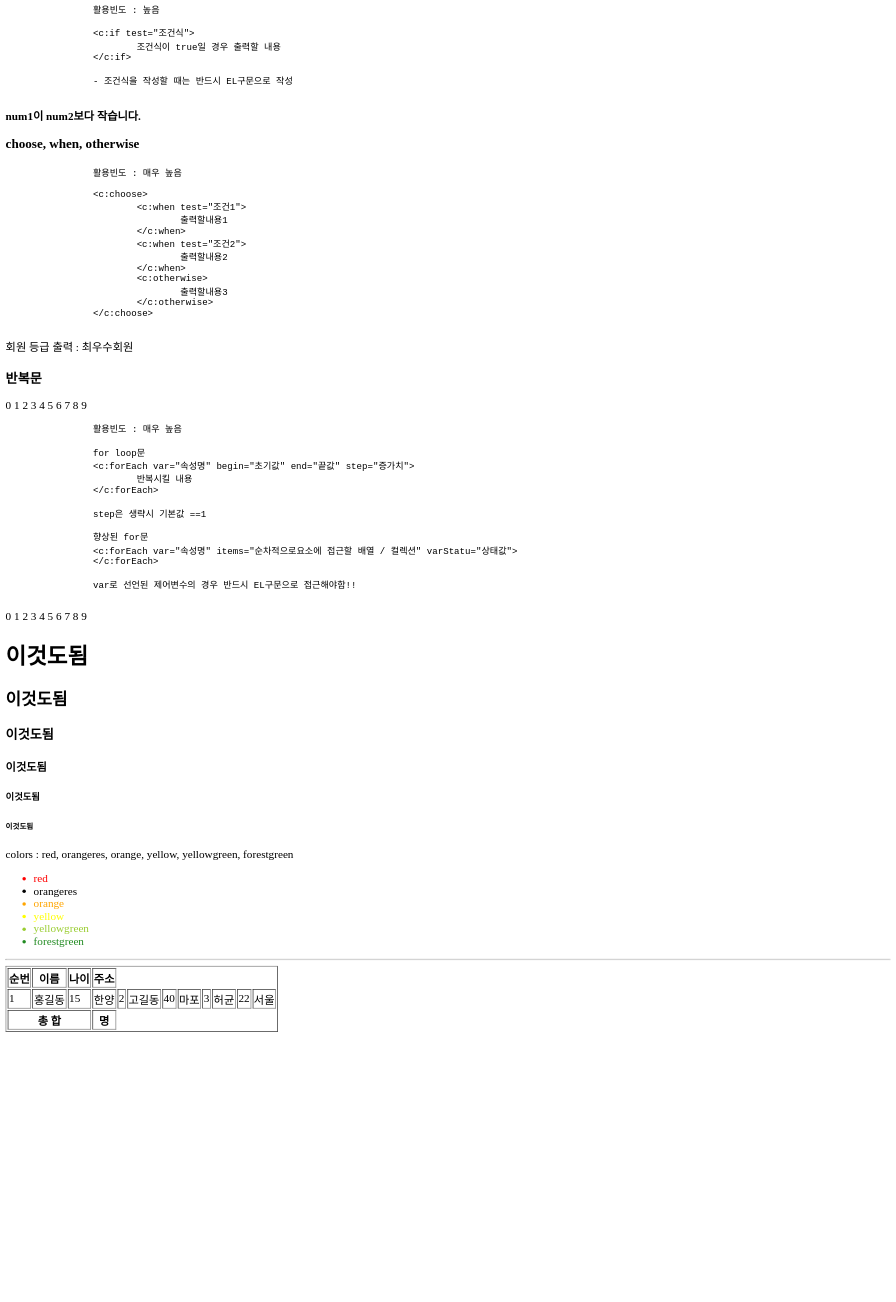
Repository: rlaehqkf/java_practice
Page: http://localhost/ActionProject/jstl.do
An editor plug-in stored every save of this project. The page is shown before and after the next save, followed by the edit.
The browser window is 1280 px wide. The pictures show the part of the page from y = 1387 to 3307 px (the page is 3247 px tall before and 3307 px after), at 70% of full size.
The page is served by Tomcat 9.

Above is the page before, as saved 2026-05-07 01:34:58.

After the next save:
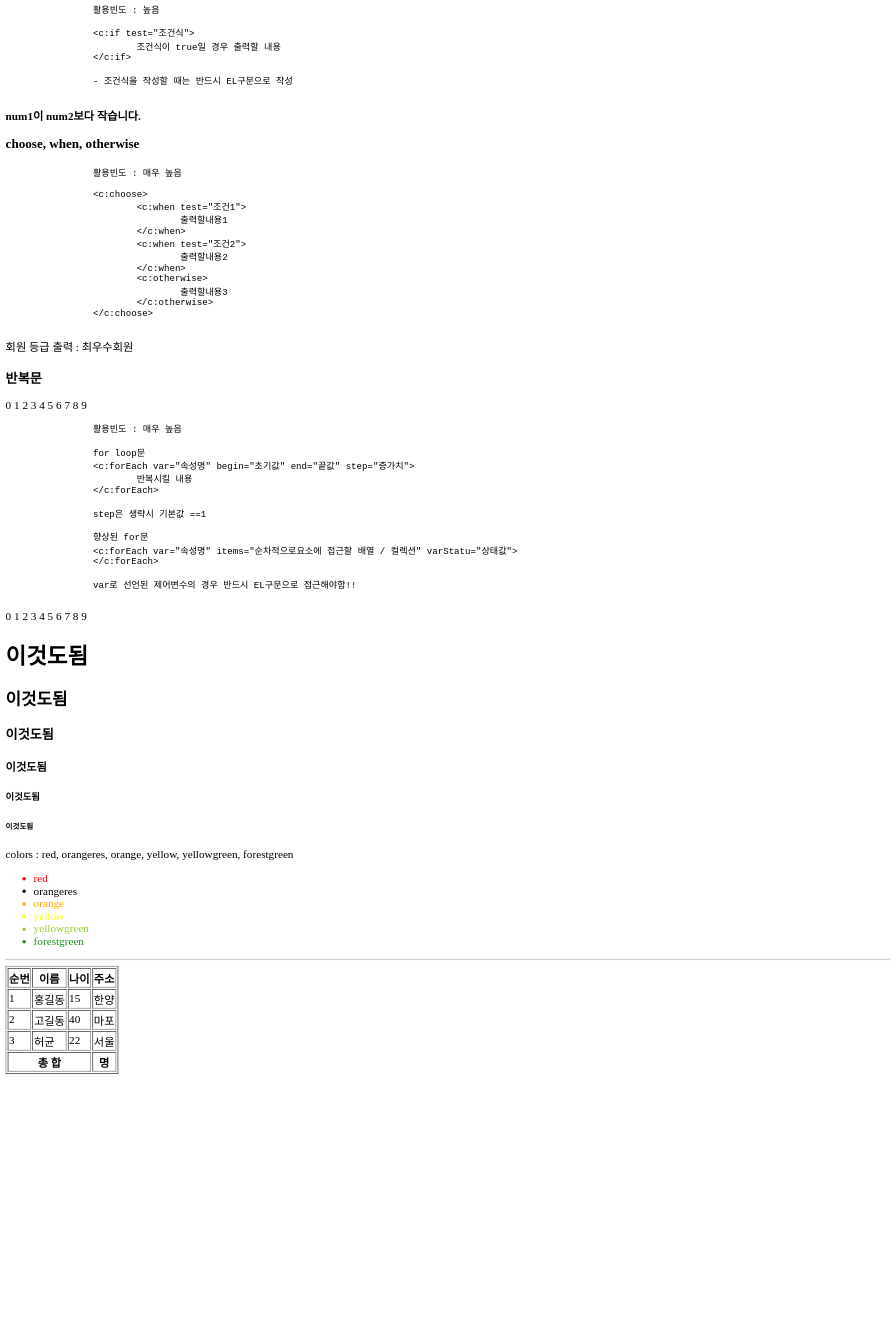
Saved 28 s later.
--- a/ActionProject/src/main/webapp/WEB-INF/views/custom/JSTL.jsp
+++ b/ActionProject/src/main/webapp/WEB-INF/views/custom/JSTL.jsp
@@ -248,11 +248,12 @@
 				</c:when>
 				<c:otherwise>
 					<c:forEach var="p" items="${ persons }" varStatus="s">
-						<td>${ s.count }</td> <!-- index =>0부터 count=> 1부터 -->
-						<td>${ p.name }</td>
-						<td>${ p.age }</td>
-						<td>${ p.address }</td>
-
+						<tr>
+							<td>${ s.count }</td> <!-- index =>0부터 count=> 1부터 -->
+							<td>${ p.name }</td>
+							<td>${ p.age }</td>
+							<td>${ p.address }</td>
+						</tr>
 
 
 
